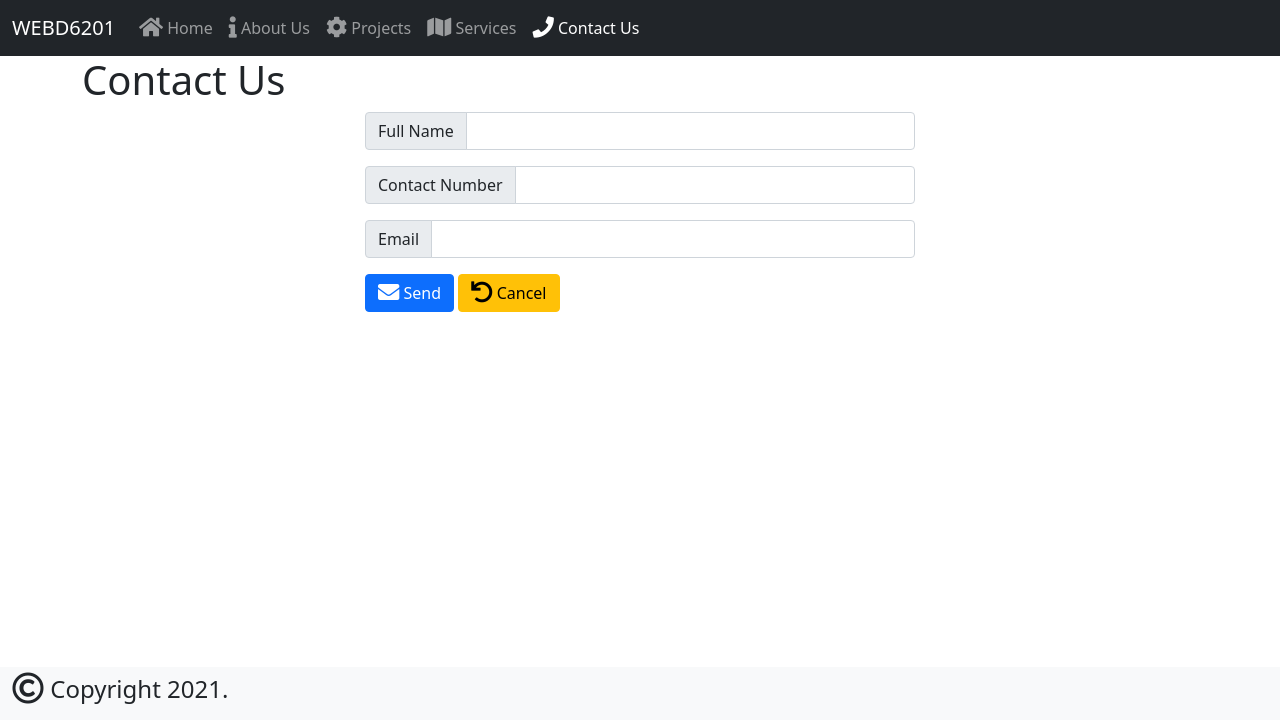
Repository: MuzhdaEhsan/WEBD6201-W2021-Lab1
Page: contact.html
These files come from the project's save history. The page is drawn as it stood at one moment and after the next save; the edit follows.
The browser window is 1280 px wide. The pictures show the whole page.

Above is the page before, as saved 2021-01-28 09:28:35.

### contact.html
<!DOCTYPE html>
<html lang="en">
<head>
    <meta charset="UTF-8">
    <meta name="viewport" content="width=device-width, initial-scale=1.0">
    <title>Contact</title>
    <!-- CSS Section -->
    <link rel="stylesheet" href="./node_modules/bootstrap/dist/css/bootstrap.min.css">
    <link rel="stylesheet" href="./node_modules/@fortawesome/fontawesome-free/css/all.min.css">
    <link rel="stylesheet" href="./Content/app.css">
</head>
<body>
    <!-- Main Header -->
    <header>
        <!-- Main Navigation -->
        <nav class="navbar navbar-expand-lg navbar-dark bg-dark">
            <div class="container-fluid">
              <a class="navbar-brand" href="index.html">WEBD6201</a>
              <button class="navbar-toggler" type="button" data-bs-toggle="collapse" data-bs-target="#navbarSupportedContent" aria-controls="navbarSupportedContent" aria-expanded="false" aria-label="Toggle navigation">
                <span class="navbar-toggler-icon"></span>
              </button>
              <div class="collapse navbar-collapse" id="navbarSupportedContent">
                <ul class="navbar-nav me-auto mb-2 mb-lg-0">
                  <li class="nav-item">
                    <a class="nav-link" aria-current="page" href="index.html"><i class="fas fa-home fa-lg"></i> Home</a>
                  </li>

                  <li class="nav-item">
                    <a class="nav-link" aria-current="page" href="about.html"><i class="fas fa-info fa-lg"></i> About Us</a>
                  </li>

                  <li class="nav-item">
                    <a class="nav-link" aria-current="page" href="projects.html"><i class="fas fa-cog fa-lg"></i> Projects</a>
                  </li>

                  <li class="nav-item">
                    <a class="nav-link" aria-current="page" href="services.html"><i class="fas fa-map fa-lg"></i> Services</a>
                  </li>

                  <li class="nav-item">
                    <a class="nav-link active" aria-current="page" href="contact.html"><i class="fas fa-phone fa-lg"></i> Contact Us</a>
                  </li>
                </ul>
              </div>
            </div>
          </nav>
    </header>

    <!-- Main Content -->
    <main class="container">
        <h1>Contact Us</h1>
        <div id="messageArea"></div>

        <div class="row justify-content-lg-center g-3">
          <form class="col-lg-6 col-md-10 col-sm-10">

            <div class="input-group mb-3">
              <span class="input-group-text" id="inputGroup-sizing-default">Full Name </span>
              <input id="fullName" type="text" class="form-control" aria-label="Full Name" aria-describedby="Full Name Input"
              name="fullName" required>
            </div>

            <div class="input-group mb-3">
              <span class="input-group-text" id="inputGroup-sizing-default">Contact Number</span>
              <input id="contactNumber" type="tel" class="form-control" aria-label="Contact Number" aria-describedby="Contact Number Input"
              name="contactNumber" required>
            </div>

            <div class="input-group mb-3">
              <span class="input-group-text" id="inputGroup-sizing-default">Email</span>
              <input id="emailAddress" type="email" class="form-control" aria-label="Email Address" aria-describedby="Email Address Input"
              name="emailAddress" required>
            </div>

            <button id="sendButton" type="submit" class="btn btn-primary"><i class="fas fa-envelope fa-lg"></i> Send</button>
            <button id="cancelButton" type="reset" class="btn btn-warning"><i class="fas fa-undo fa-lg"></i> Cancel</button>
          </form>
        </div>


    </main>

    <!-- Main Footer -->
    <footer>
        <nav class="navbar fixed-bottom navbar-light bg-light">
            <div class="container-fluid">
              <h4><i class="far fa-copyright fa-lg"></i> Copyright 2021.</h4>
            </div>
          </nav>
    </footer>

    <!-- Script Section-->
    <script src="./node_modules/jquery/dist/jquery.min.js"></script>
    <script src="./node_modules/bootstrap/dist/js/bootstrap.bundle.min.js"></script>
    <script src="./Scripts/contact.js"></script>
    <script src="./Scripts/app.js"></script>
</body>
</html>

### Scripts/contact.js

"use strict";
// contact class
class Contact
{
  // getters and Setters for private variables
  get FullName()
  {
    return this.m_fullName;
  }
  set FullName(value)
  {
    this.m_fullName = value;
  }
  get ContactNumber()
  {
    return this.m_contactNumber;
  }
  set ContactNumber(value)
  {
    this.m_contactNumber = value;
  }
  get EmailAddress()
  {
    return this.m_emailAddress;
  }
  set EmailAddress(value)
  {
    this.m_emailAddress = value;
  }

  // constructor
  /**
   *
   * @param {string} fullName
   * @param {string} contactNumber
   * @param {string} emailAddress
   */
  constructor(fullName = "", contactNumber = "", emailAddress = "")
  {
    this.FullName = fullName;
    this.ContactNumber = contactNumber;
    this.EmailAddress = emailAddress;
  }
  /**
   * this method override the built-in toString for the Contact class
   * @returns {string}
   */
  toString()
  {
    return `Full Name:     ${this.m_fullName}\nContact Number: ${this.m_contactNumber}\nEmail Address: ${this.m_emailAddress}`;
  }

  /**
   * this method returns a json object
   */
  toJSON()
  {
    return{
      "fullName": this.FullName,
      "contactNumber": this.ContactNumber,
      "emailAddress": this.EmailAddress
    }
  }

  /**
   * this method converts the contact into a comma separated value string
   * @params {string}
   */
  serialize()
  {

    if (this.fullName !== "" && this.ContactNumber !== "" && this.EmailAddress !== "")
    {
      return `${this.FullName},${this.ContactNumber},${this.EmailAddress}`;
    }

    else
    {
      console.error("One or more properties are empty!");
      return null;
    }

  }
/**
 * this method takes the comma separated data string and assigns the values to the contact class properties
 * @param {string} data
 * @return {void}
 */
  deserialize(data)
  {
    let propertyArray = data.split(",");
    this.FullName = propertyArray[0];
    this.ContactNumber = propertyArray[1];
    this.EmailAddress = propertyArray[2];
  }
}

### Scripts/app.js
/* custom JavaScript goes here */

//IIFE - Immediately Invoked Function Expression
//AKA - Anonymous Self-Executing Function
//Closure - limits scope leak

"use strict";

let myContact =
{
  "firstName":"Muzhda",
  "contactNumber":"234234",
  "emailAddress":"muzhda@gmail.com",
  "saysHello":function()
  {
    console.log(`${fullName} says Hello`);
  },
  "someOtherObject": {
    "friendsList": [
      "Peter Parker", "Tony Stark", "Stephen Strange"
    ]
  }
};


(function()
{
    function displayHome()
    {
        let paragraphOneText =
          "This is a simple site to demonstrate DOM Manipulation for ICE 1";

        let paragraphOneElement = document.getElementById("paragraphOne");

        paragraphOneElement.textContent = paragraphOneText;
        paragraphOneElement.className = "fs-5";

        // Step 1. document.createElement
        let newParagraph = document.createElement("p");
        // Step 2. configure the element
        newParagraph.setAttribute("id", "paragraphTwo");
        newParagraph.textContent = "...And this is paragraph two";
        // Step 3. select the parent element
        let mainContent = document.getElementsByTagName("main")[0];
        // Step 4. Add / Insert the element
        mainContent.appendChild(newParagraph);

        newParagraph.className = "fs-6";

        // another way of injecting content
        let paragraphDiv = document.createElement("div");
        let paragraphThree = `<p id="paragraphThree" class="fs-7 fw-bold">And this is the Third Paragraph</p>`;
        paragraphDiv.innerHTML = paragraphThree;

        // insertions

        // example of inserting before a node
        //newParagraph.before(paragraphDiv);

        // example of inserting after a node
        newParagraph.after(paragraphDiv);

        // deletions

        // example of removing a single element
        //paragraphOneElement.remove();

        // example of removeChild
        mainContent.removeChild(paragraphOneElement);

        // update / modification
        //mainContent.firstElementChild.textContent = "Welcome Home!";

        mainContent.innerHTML = `<h1 id="firstHeading">Welcome to WEBD6201 - Lab 1</h1>
         <p id="paragraphOne" class="fs-3 fw-bold">This is my first Paragraph</p>
        `;

    }

    function displayAbout()
    {

    }

    function displayProjects()
    {

    }

    function displayServices()
    {

    }

    function displayContact()
    {
        let messageArea = document.getElementById("messageArea");
        messageArea.hidden = true;

        // form validation
        let fullName = document.getElementById("fullName");
        fullName.addEventListener("blur", function() {
            if(fullName.value.length < 2)
            {
                fullName.focus();
                fullName.select();
                messageArea.hidden = false;
                messageArea.className = "alert alert-danger";
                messageArea.textContent = "Please enter an appropriate Name";
            }
            else
            {
                messageArea.removeAttribute("class");
                messageArea.hidden = true;
            }
        });

        let sendButton = document.getElementById("sendButton");
        sendButton.addEventListener("click", function(event){
           // event.preventDefault();

            let contact = new Contact(fullName.value, contactNumber.value, emailAddress.value);

            if(contact.serialize())
            {
              localStorage.setItem((localStorage.length + 1).toString(), contact.serialize());

            }

            //console.log(contact.toString());
            //console.log(contact.serialize());
        });
    }

    function Start()
    {
        console.log("App Started...");

        switch (document.title)
        {
          case "Home":
              displayHome();
            break;
          case "About":
              displayAbout();
            break;
          case "Projects":
              displayProjects();
            break;
          case "Services":
              displayServices();
            break;
          case "Contact":
              displayContact();
            break;
        }

    }

    window.addEventListener("load", Start);

})();

Loaded but not shown: node_modules/bootstrap/dist/css/bootstrap.min.css (library); node_modules/@fortawesome/fontawesome-free/css/all.min.css (library); Content/app.css (common file); node_modules/jquery/dist/jquery.min.js (library); node_modules/bootstrap/dist/js/bootstrap.bundle.min.js (library)

After the next save:
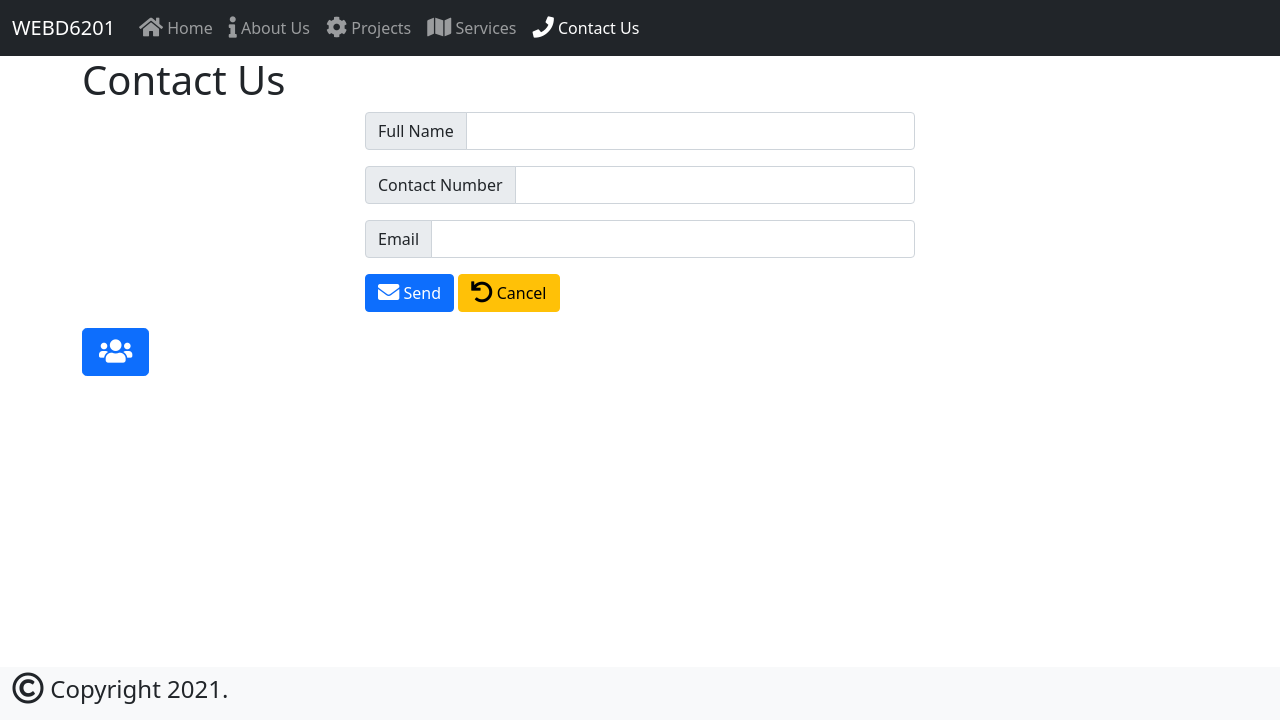
Saved 4 min 2 s later.
--- a/contact.html
+++ b/contact.html
@@ -75,6 +75,12 @@
             <button id="sendButton" type="submit" class="btn btn-primary"><i class="fas fa-envelope fa-lg"></i> Send</button>
             <button id="cancelButton" type="reset" class="btn btn-warning"><i class="fas fa-undo fa-lg"></i> Cancel</button>
           </form>
+
+          <div>
+            <a href="" class="btn btn-primary btn-lg"><i class="fas fa-users fa-lg"></i></a>
+          </div>
+
+
         </div>
 
 
